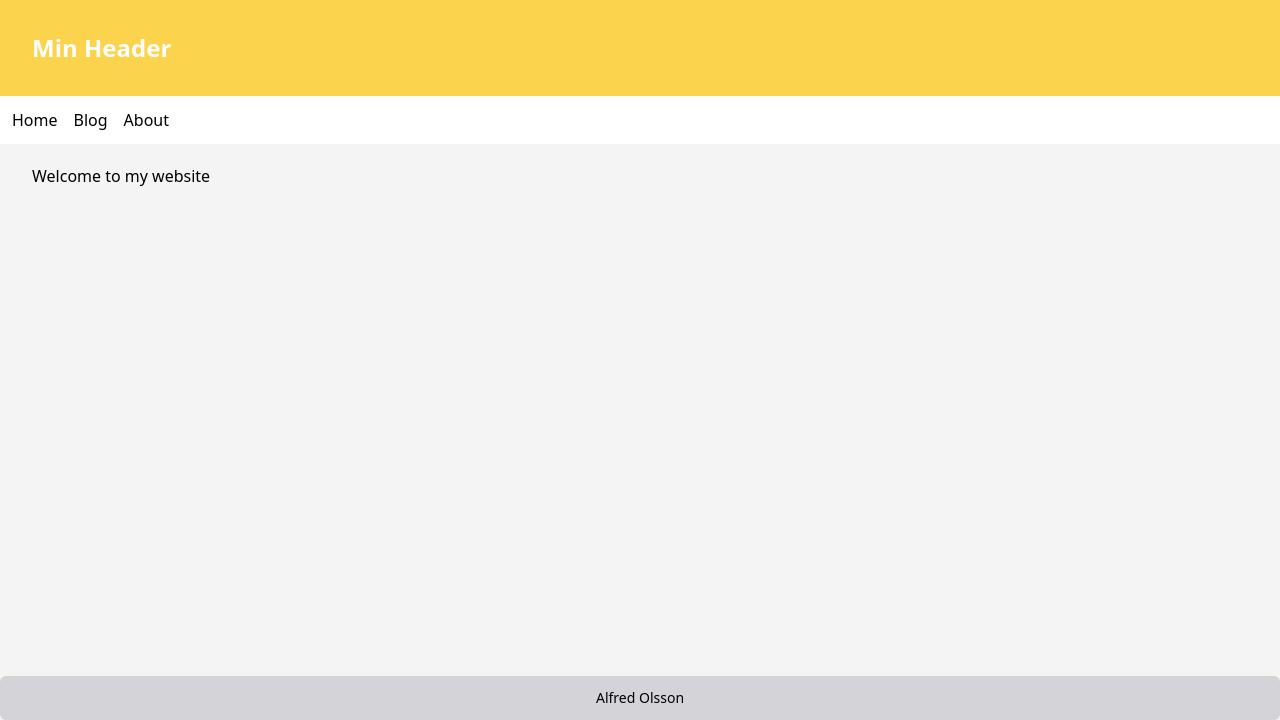
Repository: AlligatorAffe/NextWebsite
Page: /
These files come from the project's save history. The page is drawn as it stood at one moment and after the next save; the edit follows.
The browser window is 1280 px wide. The pictures show the whole page.
The project was rebuilt for these pictures with package versions that can differ from the ones it lists, and the page was loaded fresh each time. The framework's server and built-in components were replaced by stand-ins that run in the browser. Also part of the build but not shown: next.config.js.

Above is the page before, as saved 2024-01-04 21:58:22.

### app/layout.tsx
import './globals.css'
import { Metadata } from 'next'
import Link from 'next/link'




export const metadata: Metadata = {
  title: 'My webbpage',
  description: 'Welcome to Next.js',
}

/**
 *
 *
 *
 *
 *
 *

const inter = Inter({ subsets: ['latin'] })

export const metadata: Metadata = {
  title: 'Create Next App',
  description: 'Generated by create next app',
}

export default function RootLayout({
  children,
}: {
  children: React.ReactNode
}) {
  return (
    <html lang="en">
      <body>{children}</body>
    </html>
  )
}

 */

export default function RootLayout({
  // Layouts must accept a children prop.
  // This will be populated with nested layouts or pages
  children,

}: {
  children: React.ReactNode
}) {
  const navLinks = [
    { href: '/', label: 'Home' },
    { href: '/blogpost', label: 'Blog' },
    { href: '/about', label: 'About' },
  ];
  return (
    <html lang="en">
      <body className="flex flex-col min-h-screen bg-zinc-100 text-black">
        <div className="flex-grow">
          <header className="bg-amber-300 p-8">
            <h1 className="text-2xl font-bold text-white">Min Header</h1>
          </header>

          <nav className="bg-white p-3">
            <ul className="flex space-x-4">
              {navLinks.map((link, index) => (
                <li key={index}>
                  <Link href={link.href}>
                    {link.label}
                  </Link>
                </li>
              ))}
            </ul>
          </nav>
          <div className='pt-5 p-8'>
            {children}
          </div>

        </div>
        <footer className="bg-zinc-300 rounded-md p-3">
          <h3 className="text-black text-center text-sm font-medium">Alfred Olsson</h3>
        </footer>
      </body>
    </html>

  )
}

### app/template.tsx



export default function Template({ children }: { children: React.ReactNode }) {
    return <div>{children}</div>
  }

### app/page.tsx
import Image from 'next/image'
import { Metadata } from 'next'
import Link from 'next/link'

/*
export default function Page() {
  return <div >
      <h1 >
        Welcome to my website
      </h1>
    </div>

}
*/


export const metadata: Metadata = {
  title: 'My Page Title',
}

export default function Page() {
  return <div >
  <h1 >
    Welcome to my website
  </h1>

</div>
}

Loaded but not shown: app/globals.css (common file); tailwind.config.ts (common file)

After the next save:
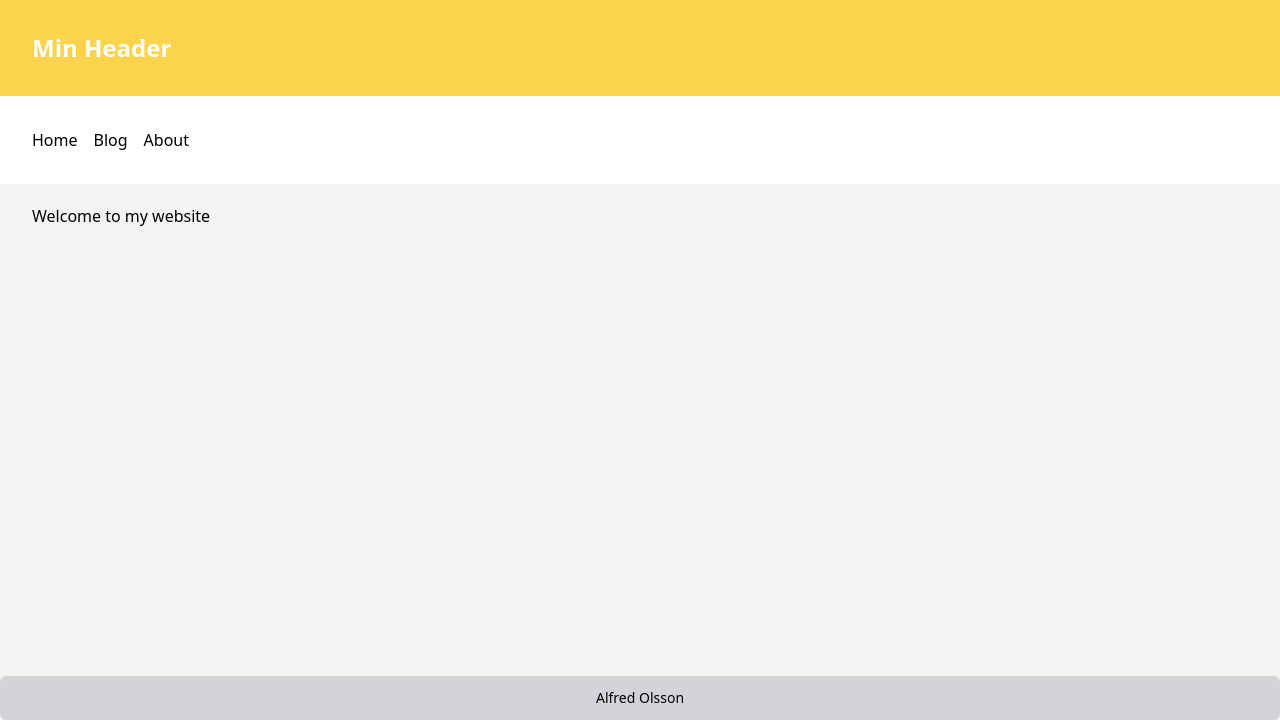
Saved 11 s later.
--- a/app/layout.tsx
+++ b/app/layout.tsx
@@ -60,7 +60,7 @@
             <h1 className="text-2xl font-bold text-white">Min Header</h1>
           </header>
 
-          <nav className="bg-white p-3">
+          <nav className="bg-white p-8">
             <ul className="flex space-x-4">
               {navLinks.map((link, index) => (
                 <li key={index}>

After the save that followed:
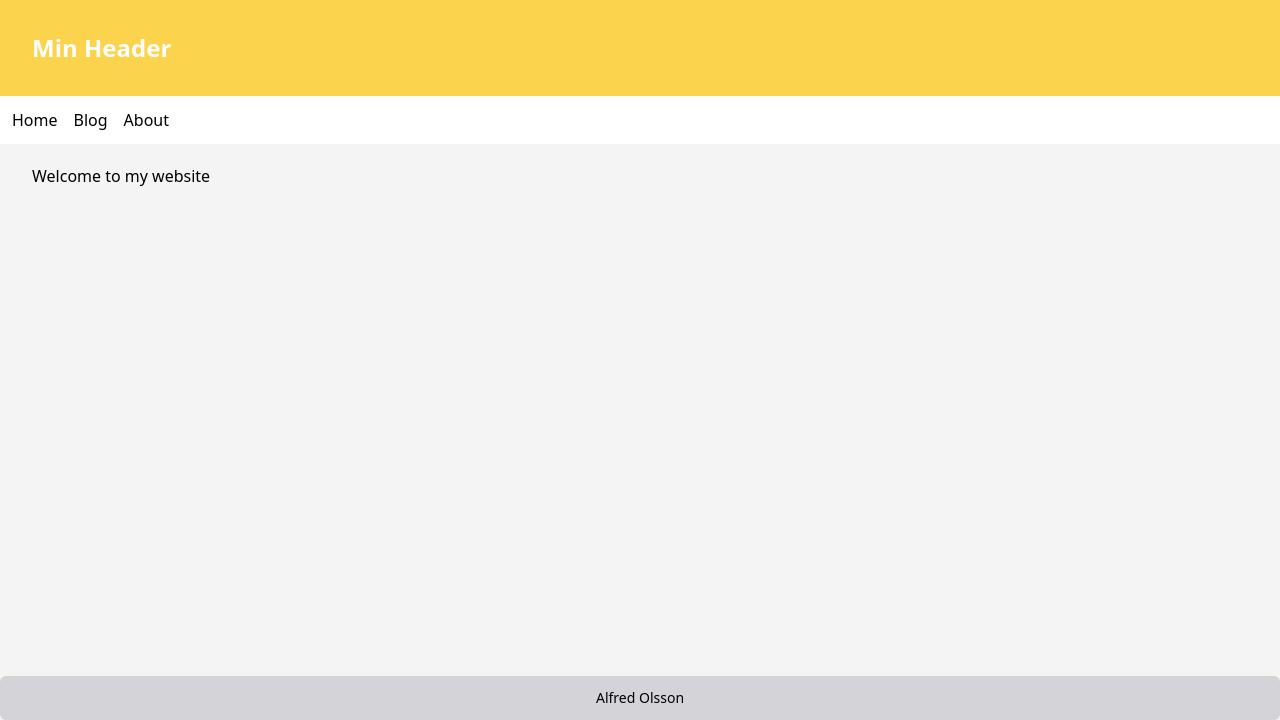
Saved 6 s later.
--- a/app/layout.tsx
+++ b/app/layout.tsx
@@ -60,7 +60,7 @@
             <h1 className="text-2xl font-bold text-white">Min Header</h1>
           </header>
 
-          <nav className="bg-white p-8">
+          <nav className="bg-white p-3">
             <ul className="flex space-x-4">
               {navLinks.map((link, index) => (
                 <li key={index}>
